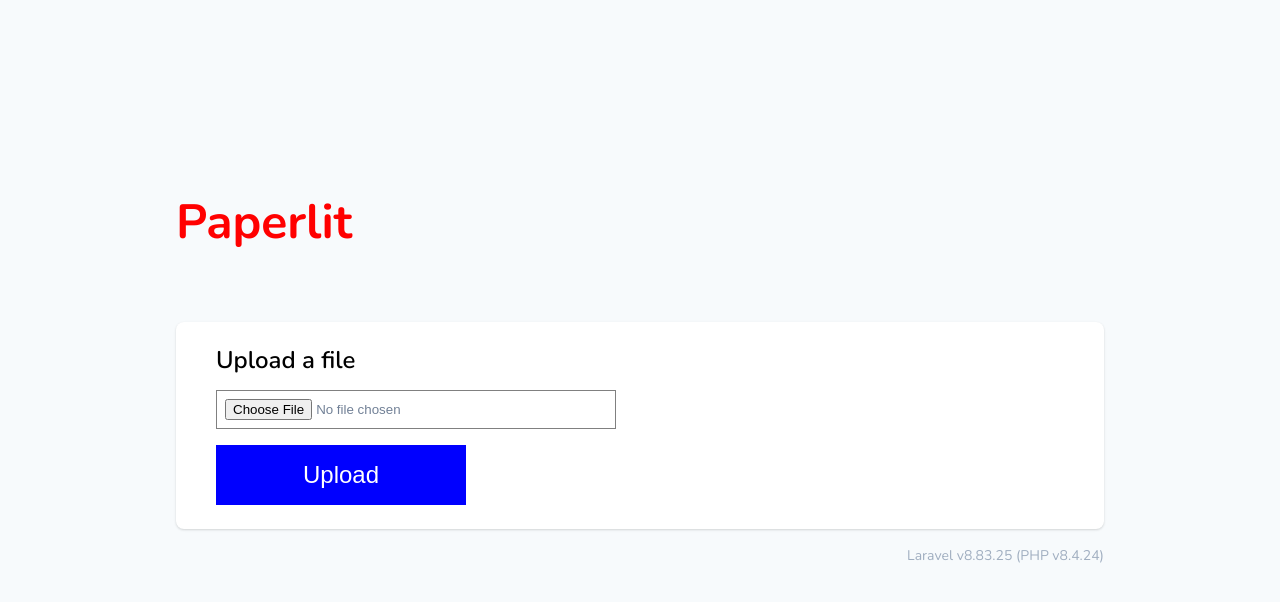
Repository: mirkopeloso/paperlit
Page: http://localhost/
The author's editor kept a copy of each file at every save. The page is drawn from the files as they stood at one save, then again after the next save.
The browser window is 1280 px wide. The pictures show the whole page.
The page is served by the project's Laravel application, run on PHP 8.4 with Laravel 8.

Above is the page before, as saved 2021-02-11 10:05:59.

After the next save:
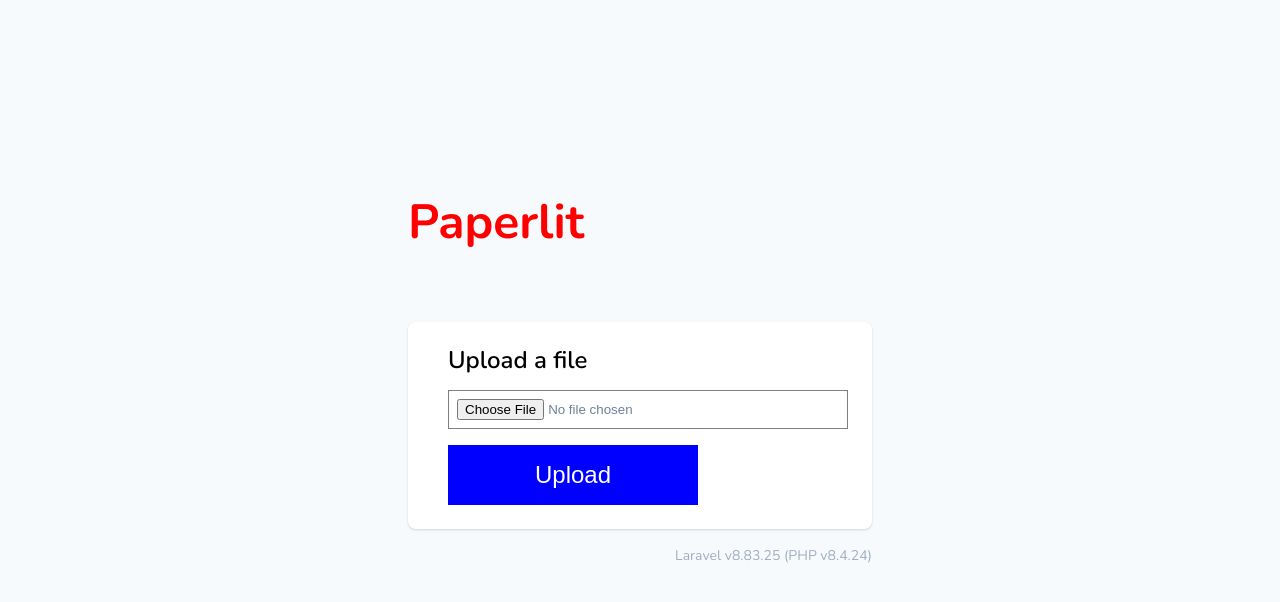
Saved 38 s later.
--- a/resources/views/welcome.blade.php
+++ b/resources/views/welcome.blade.php
@@ -63,7 +63,7 @@
                 </div>
 
                 <div class="mt-8 bg-white dark:bg-gray-800 overflow-hidden shadow sm:rounded-lg">
-                    <div class="grid grid-cols-1 md:grid-cols-2">
+                    <div class="grid grid-cols-1">
                         <div class="p-6">
                             <div class="flex items-center">
                                 <div class="ml-4 text-lg leading-7 font-semibold">Upload a file</div>
